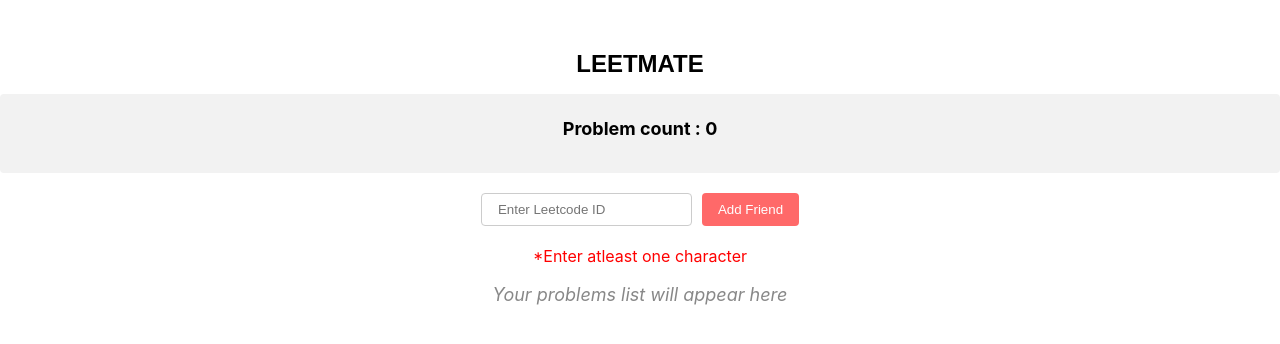
Repository: Sanketh149/leetcode-discord
Page: /
An editor plug-in stored every save of this project. The page is shown before and after the next save, followed by the edit.
The browser window is 1280 px wide. The pictures show the whole page.
The project was rebuilt for these pictures with package versions that can differ from the ones it lists, and the page was loaded fresh each time. Also part of the build but not shown: src/Modal.module.css, src/Modal.js, src/Cart.module.css, src/Cart.js.

Above is the page before, as saved 2023-06-21 18:07:40.

### public/index.html
<!DOCTYPE html>
<html lang="en">
  <head>
    <meta charset="utf-8" />
    <link rel="icon" href="%PUBLIC_URL%/favicon.ico" />
    <meta name="viewport" content="width=device-width, initial-scale=1" />
    <meta name="theme-color" content="#000000" />
    <meta
      name="description"
      content="Web site created using create-react-app"
    />
    <link rel="apple-touch-icon" href="%PUBLIC_URL%/logo192.png" />
    <!--
      manifest.json provides metadata used when your web app is installed on a
      user's mobile device or desktop. See https://developers.google.com/web/fundamentals/web-app-manifest/
    -->
    <link rel="manifest" href="%PUBLIC_URL%/manifest.json" />
    <!--
      Notice the use of %PUBLIC_URL% in the tags above.
      It will be replaced with the URL of the `public` folder during the build.
      Only files inside the `public` folder can be referenced from the HTML.

      Unlike "/favicon.ico" or "favicon.ico", "%PUBLIC_URL%/favicon.ico" will
      work correctly both with client-side routing and a non-root public URL.
      Learn how to configure a non-root public URL by running `npm run build`.
    -->
    <title>LeetMate</title>
  </head>
  <body>
    <noscript>You need to enable JavaScript to run this app.</noscript>
    <div id="root"></div>
    <div id="overlays"></div>
    <!--
      This HTML file is a template.
      If you open it directly in the browser, you will see an empty page.

      You can add webfonts, meta tags, or analytics to this file.
      The build step will place the bundled scripts into the <body> tag.

      To begin the development, run `npm start` or `yarn start`.
      To create a production bundle, use `npm run build` or `yarn build`.
    -->
  </body>
</html>

### src/App.js
import React, { useState } from "react";
import "./App.css";
import Cart from "./Cart";
const API_ENDPOINT = "/graphql";
const App = () => {
  const [username, setUsername] = useState("");
  const [user, setUser] = useState([]);
  const [leetId, setLeetId] = useState([]);
  const displayTitle = (item, titleSlug) => {
    const exisitingTitles = user.map((innerArray) => innerArray[0]);
    const exisitingSlugs = user.map((innerArray) => innerArray[1]);
    const uniqueTitles = [...new Set([...exisitingTitles, ...item])];
    const uniqueSlugs = [...new Set([...exisitingSlugs, ...titleSlug])];
    // const uniquePairs = uniqueTitles.map((name, index) => ({
    //   name,
    //   link: uniqueSlugs[index],
    // }));
    const uniquePairs = [];
    for (let i = 0; i < uniqueSlugs.length; i++) {
      const temp = [uniqueTitles[i], uniqueSlugs[i]];
      uniquePairs.push(temp);
    }
    setUser((prevState) => {
      return uniquePairs;
    });
  };

  const handleFormSubmit = async (event) => {
    event.preventDefault();

    const query = `
      {
        recentAcSubmissionList(username: "${username}") {
          id
          title
          titleSlug
        }
      }
    `;

    const url = `${API_ENDPOINT}?query=${encodeURIComponent(query)}`;

    fetch(url)
      .then((response) => response.json())
      .then((result) => {
        const titles = result.data.recentAcSubmissionList.map(
          (submission) => submission.title
        );
        const titleslugs = result.data.recentAcSubmissionList.map(
          (submission) => submission.titleSlug
        );
        displayTitle(titles, titleslugs);
        if (username.length >= 0 && !leetId.includes(username)) {
          setLeetId((prevState) => [...prevState, username]);
        }
        setUsername("");
      })
      .catch((error) => {
        setCartIsShown(true);
      });
  };

  const handleSubmit = (event) => {
    event.preventDefault();
    handleFormSubmit(event);
    // if (username.length >= 0 && !leetId.includes(username)) {
    //   setLeetId((prevState) => [...prevState, username]);
    // }
    // setUsername("");
  };
  const [cartIsShown, setCartIsShown] = useState(false);
  const showCartHandler = () => {
    setCartIsShown(true);
  };
  const hideCartHandler = () => {
    setCartIsShown(false);
    setUsername("");
  };
  const isSubmitDisabled = username.trim().length === 0;
  return (
    <div className="app">
      {cartIsShown && <Cart onClose={hideCartHandler} shownName={username} />}
      <h1 className="app__title">LEETMATE</h1>
      <div className="problemCountCard">
        {" "}
        <p className="problemCount">Problem count : {user.length}</p>
      </div>
      <form onSubmit={handleSubmit} className="app__form">
        <input
          type="text"
          value={username}
          onChange={(event) => setUsername(event.target.value)}
          placeholder="Enter Leetcode ID"
          className="app__input"
        />
        <button
          type="submit"
          className={`${
            isSubmitDisabled === true ? "app__button_disabled" : "app__button"
          }`}
          disabled={isSubmitDisabled}
        >
          Add Friend
        </button>
      </form>
      {isSubmitDisabled === true && (
        <div style={{ display: "block" }} className="errorShow">
          {" "}
          *Enter atleast one character
        </div>
      )}
      {leetId.map((item) => (
        <a href={`https://leetcode.com/${item}`} target="_blank">
          <button className="displayNameButton">{item}</button>
        </a>
      ))}
      {user.length > 0 && (
        <div>
          <b>
            {" "}
            Provided below are the links to the problems solved by above users
          </b>
        </div>
      )}
      {user.length > 0 ? (
        <ul className="app__list">
          {user.map((item) => (
            <li className="app__item">
              <a
                href={`https://leetcode.com/problems/${item[1]}`}
                target="_blank"
              >
                {item[0]}
              </a>
            </li>
          ))}
        </ul>
      ) : (
        <p className="app__message">Your problems list will appear here</p>
      )}
    </div>
  );
};

export default App;

### src/App.css
.app {
  text-align: center;
  margin-top: 50px;
}

.app__title {
  font-family: Arial, Helvetica, sans-serif;
  font-size: 24px;
}

.app__form {
  display: flex;
  justify-content: center;
  margin-bottom: 20px;
  margin-top: 20px;
}

.app__input {
  padding: 8px 16px;
  margin-right: 10px;
  border-radius: 4px;
  border: 1px solid #ccc;
}

.app__button {
  padding: 8px 16px;
  border-radius: 4px;
  background-color: #007bff;
  color: #fff;
  border: none;
  cursor: pointer;
}

.app__button_disabled {
  padding: 8px 16px;
  border-radius: 4px;
  background-color: #ff6969;
  color: #fff;
  border: none;
  cursor: pointer;
}

.app__list {
  list-style: none;
  padding-left: 0;
  margin-bottom: 20px;
}

.app__item {
  font-size: 18px;
  margin-bottom: 10px;
}

.app__message {
  font-size: 18px;
  font-style: italic;
  color: #888;
}

.app__list a {
  color: #007bff; /* Set the color for regular links */
  text-decoration: none; /* Remove underline for links */
}

.app__list a:visited {
  color: #007bff; /* Set the color for visited links */
}

.errorShow {
  color: red;
}

.displayNameButton {
  background-color: #f2f2f2;
  border: 1px solid black;
  border-radius: 4px;
  padding: 8px 12px;
  font-size: 14px;
  cursor: pointer;
  margin: 1rem;
}
.displayNameButton:hover {
  background-color: #e0e0e0;
}
.problemCountCard {
  background-color: #f2f2f2;
  padding: 16px;
  margin-top: 16px;
  border-radius: 4px;
}
.problemCount {
  font-size: large;
  font-weight: bold;
  margin-top: 8px;
}

Loaded but not shown: src/index.js (common file); src/index.css (common file); src/reportWebVitals.js (common file)

After the next save:
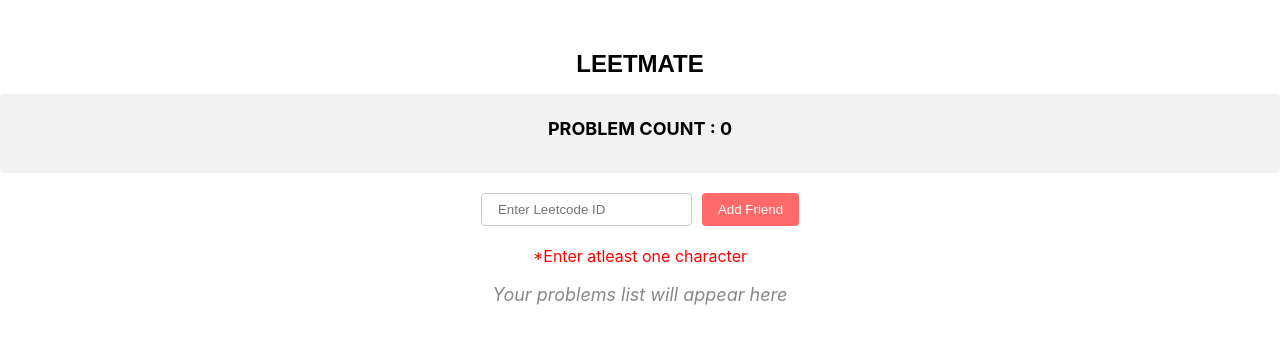
Saved 16 s later.
--- a/src/App.js
+++ b/src/App.js
@@ -83,7 +83,7 @@
       <h1 className="app__title">LEETMATE</h1>
       <div className="problemCountCard">
         {" "}
-        <p className="problemCount">Problem count : {user.length}</p>
+        <p className="problemCount">PROBLEM COUNT : {user.length}</p>
       </div>
       <form onSubmit={handleSubmit} className="app__form">
         <input
